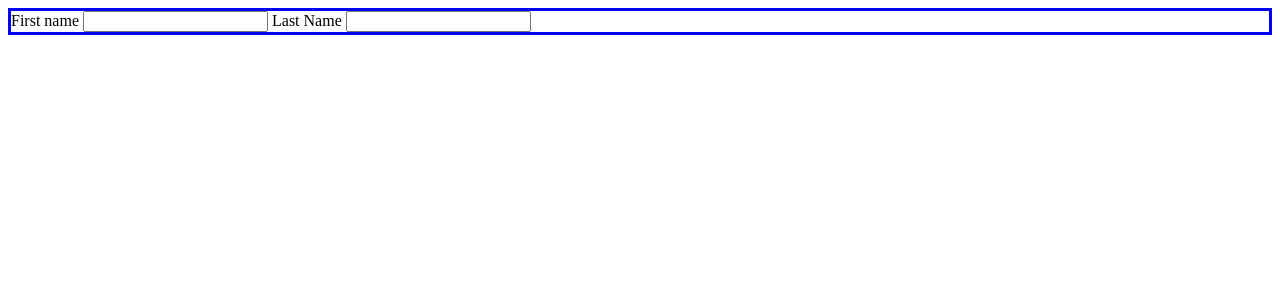
Repository: normansinegar/normansinegar.github.io
Page: myForm.html
The author's editor kept a record of every edit. The page is drawn from the files as they stood at one moment, then again after the next edit.
The browser window is 1280 px wide. The pictures show the whole page.

Above is the page before.

After the next edit:
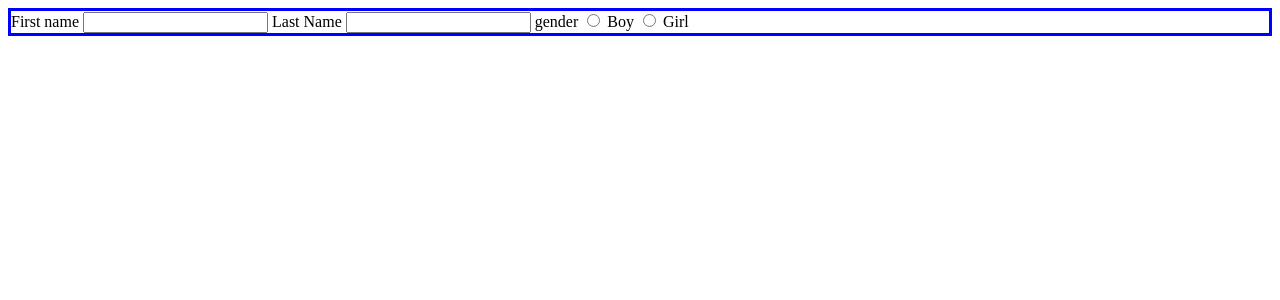
The edit:
--- a/myForm.html
+++ b/myForm.html
@@ -13,5 +13,9 @@
          <input type="text">
          Last Name
         <input type="text">
+
+        gender
+        <input type="radio" name="gender" value="Boy"> Boy
+        <input type="radio" name="gender" value="Girl"> Girl
      </form>
 </body>
